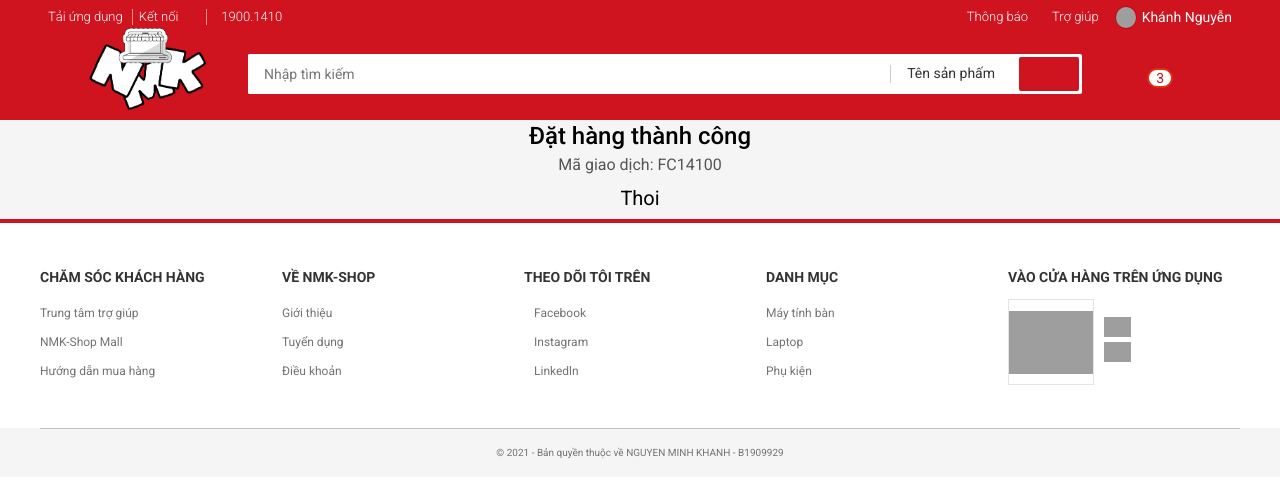
Repository: NguyenMinhKhanhB1909929/NMK-Shop
Page: orderedSuccess.html
An editor plug-in stored every save of this project. The page is shown before and after the next save, followed by the edit.
The browser window is 1280 px wide. The pictures show the whole page.
Pictures or frames that could not be fetched are drawn as grey boxes. Some icons come from a web library that is not loaded, so they are not drawn.

Above is the page before, as saved 2021-12-04 16:07:23.
Console error: TypeError: Cannot set properties of null (setting 'onclick')

After the next save:
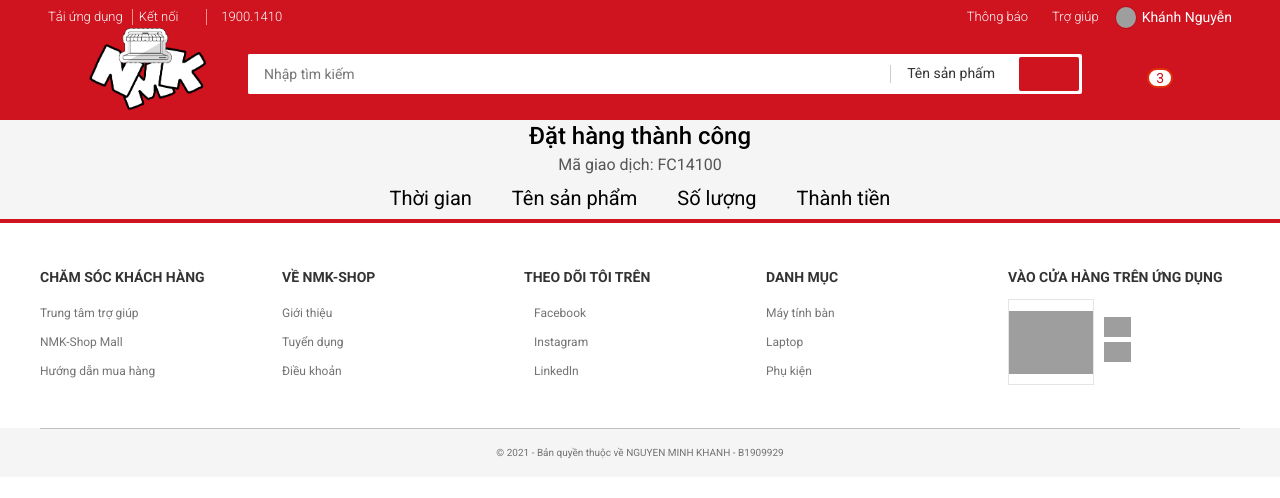
Saved 40 s later.
--- a/orderedSuccess.html
+++ b/orderedSuccess.html
@@ -376,7 +376,10 @@
           </div>
           <div class="ordered__success-table">
             <div class="ordered__success-table-title">
-              <div class="ordered__success-table-title-time">Thoi</div>
+              <div class="ordered__success-table-title-time">Thời gian</div>
+              <div class="ordered__success-table-title-name">Tên sản phẩm</div>
+              <div class="ordered__success-table-title-quantity">Số lượng</div>
+              <div class="ordered__success-table-title-price">Thành tiền</div>
             </div>
           </div>
         </div>
